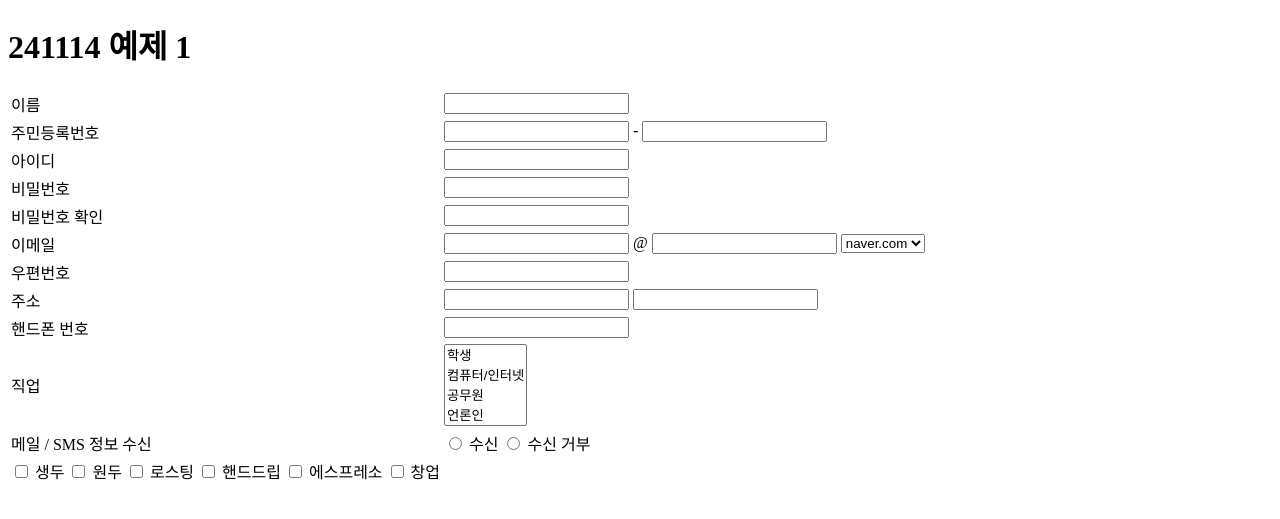
Repository: jsunnypi/JSP
Page: http://localhost/Test/inputForm.jsp
The author's editor kept a copy of each file at every save. The page is drawn from the files as they stood at one save, then again after the next save.
The browser window is 1280 px wide. The pictures show the whole page.
The page is served by Tomcat 9.

Above is the page before, as saved 2024-11-14 05:03:26.

### Test/src/main/webapp/inputForm.jsp
<%@ page language="java" contentType="text/html; charset=UTF-8"
    pageEncoding="UTF-8"%>
<!DOCTYPE html>
<html>
<head>
<meta charset="UTF-8">
<title>Insert title here</title>
</head>
<body>
	<h1>241114 예제 1</h1>
	<form method="post" action="inputlist.jsp">
		<table>
			<tr>
				<td> 이름 </td>
				<td>
					<input type="text" name="name" size="20">
				</td>
			</tr>

			<tr>
				<td> 주민등록번호 </td>
				<td>
					<input type="text" name="bd" size="20">
				</td>
				<td> -
					<input type="password" name="bd" size="20">
				</td>
			</tr>

			<tr>
				<td> 아이디 </td>
				<td>
					<input type="text" name="id" size="20">
				</td>
			</tr>

			<tr>
				<td> 비밀번호 </td>
				<td>
					<input type="password" name="pw" size="20">
				</td>
			</tr>

			<tr>
				<td> 비밀번호 확인 </td>
				<td>
					<input type="password" name="pwcheck" size="20">
				</td>
			</tr>

			<tr>
				<td> 이메일 </td>
				<td>
					<input type="text" name="email" size="20">
				</td>
				<td> @
					<input type="text" name="com" size=20>
				</td>
				<td>
					<select id="email" name="com" size="1">
						<option value="네이버">naver.com</option>
						<option value="다음">daum.net</option>
						<option value="구글">gmail.com</option>
						<option value="네이트">nate.com</option>
					</select>
				</td>
			</tr>

			<tr>
				<td> 우편번호 </td>
				<td>
					<input type="text" name="postnumber" size=20>
				</td>
			</tr>

			<tr>
				<td> 주소 </td>
				<td>
					<input type="text" name="addr" size=20>
				</td>
				<td>
					<input type="text" name="addr2" size=20>
				</td>
			</tr>

			<tr>
				<td> 핸드폰 번호 </td>
				<td>
					<input type="text" name="phone" size=20>
				</td>
			</tr>

			<tr>
				<td> 직업 </td>
				<td>
					<select size="4">
						<option value="학생">학생</option>
						<option value="컴퓨터/인터넷">컴퓨터/인터넷</option>
						<option value="공무원">공무원</option>
						<option value="언론인">언론인</option>

					</select>
				</td>
			</tr>

			<tr>
				<td> 메일 / SMS 정보 수신</td>
				<td>
					<input type="radio" name="agree" value="ok"> 수신
					<input type="radio" name="agree" value="no"> 수신 거부
				</td>
			</tr>

			<tr>
				<td>
					<input type="checkbox" name="interest" value="1"> 생두
					<input type="checkbox" name="interest" value="2"> 원두
					<input type="checkbox" name="interest" value="3"> 로스팅
					<input type="checkbox" name="interest" value="4"> 핸드드립
					<input type="checkbox" name="interest" value="5"> 에스프레소
					<input type="checkbox" name="interest" value="6"> 창업
				</td>
			</tr>























		</table>

	</form>

</body>
</html>

After the next save:
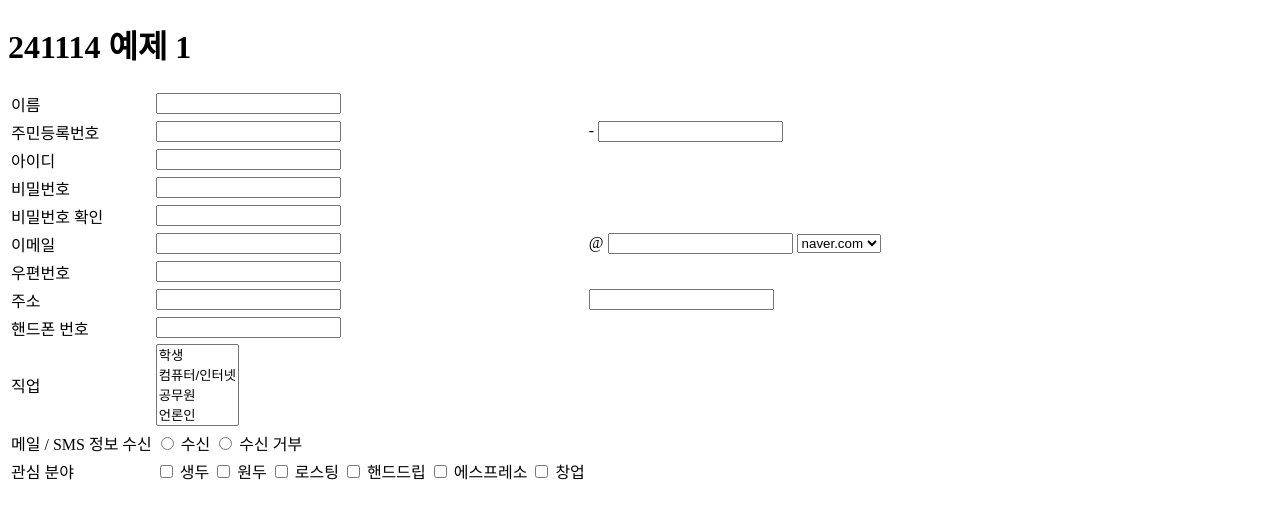
Saved 38 s later.
--- a/Test/src/main/webapp/inputForm.jsp
+++ b/Test/src/main/webapp/inputForm.jsp
@@ -112,6 +112,7 @@
 			</tr>
 
 			<tr>
+				<td> 관심 분야 </td>
 				<td>
 					<input type="checkbox" name="interest" value="1"> 생두
 					<input type="checkbox" name="interest" value="2"> 원두
